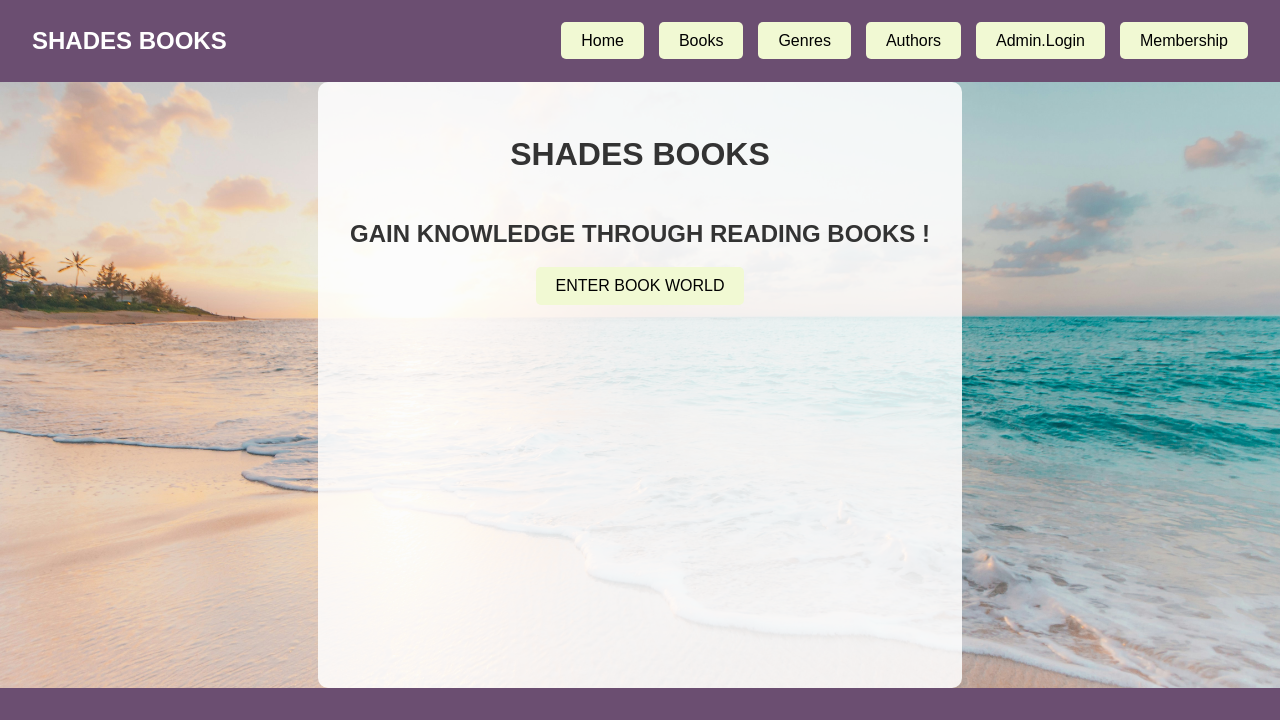
Repository: Harishsuresh-kumar/Library-Web
Page: WORK SITE/User.html
These files come from the project's save history. The page is drawn as it stood at one moment and after the next save; the edit follows.
The browser window is 1280 px wide. The pictures show the whole page.

Above is the page before, as saved 2024-11-07 14:08:46.

### WORK SITE/User.html
<!DOCTYPE html>
<html lang="en">
<head>
    <meta charset="UTF-8">
    <meta name="viewport" content="width=device-width, initial-scale=1.0">
    <title>Online Library Management System</title>
    <link rel="stylesheet" href="user.css">
</head>
<body>
    <div class="wrapper">
        <header>
            <div class="logo">
                <h2>SHADES BOOKS</h2>
            </div>
            <nav>
                <ul>
                    <li><a href="User.html" class="button">Home</a></li>
                    <li><a href="Book.html" class="button">Books</a></li>
                    <li><a href="genre.html" class="button">Genres</a></li>
                    <li><a href="Authors.html" class="button">Authors</a></li>
                    <li><a href="admin pass.html" class="button"> Admin.Login</a></li>
                    <li><a href="Membership.html" class="button">Membership </a></li>
                </ul>
            </nav>
        </header>

        <section class="feature-section">
            <div class="overlay">
                <h1>SHADES BOOKS</h1>

                <div class="carousel">
                    <div class="carousel-item">
                        <!-- Add carousel images here -->
                    </div>
                </div>
                <h2>GAIN KNOWLEDGE THROUGH READING BOOKS !</h2>
                <button type="button" onclick="book()">ENTER BOOK WORLD</button>
                <script>
                    function book(){
                        window.location.href="Book.html";
                    }
                </script>

            </div>
        </section>

        <footer>

        </footer>
    </div>
</body>
</html>

### WORK SITE/user.css
/* Basic styles for the body and html */
body, html {
    margin: 0;
    padding: 0;
    font-family: 'Arial', sans-serif;
    background-image: url('Admin\ image.jpg');
    color: #333;
    height: 100%;
    background-size: cover;
    background-repeat: no-repeat;
    background-position: center;
}

.wrapper {
    display: flex;
    flex-direction: column;
    min-height: 100vh;
}

header {
    background-color: #6B4E71; /* Soft Purple for the header */
    color: #fff;
    padding: 1rem 2rem;
    display: flex;
    align-items: center;
    justify-content: space-between;
}

.logo {
    display: flex;
    align-items: center;
}

.logo img {
    height: 50px;
    width: 50px;
    margin-right: 10px;
    border-radius: 50%;
}

header h2 {
    font-size: 24px;
    margin: 0;
}

nav ul {
    list-style: none;
    display: flex;
    gap: 15px;
}

nav ul li a {
    color: #fff;
    text-decoration: none;
    padding: 5px 10px;
    border-radius: 5px;
    transition: background 0.3s;
}

nav ul li a:hover {
    background-color: #967BB6; /* Light Purple on hover */
}

.feature-section {
    padding: 4rem 2rem;
    text-align: center;
    flex: 1;
    background: rgba(255, 255, 255, 0.85); /* Light overlay */
    border-radius: 10px;
    max-width: 800px;
    margin: 0 auto;
}

.carousel {
    display: flex;
    justify-content: center;
    gap: 15px;
    margin: 20px 0;
}

.carousel-item img {
    width: 150px;
    height: 200px;
    object-fit: cover;
    border-radius: 8px;
    box-shadow: 0 4px 8px rgba(0, 0, 0, 0.1);
}

button, .button {
    background-color: #f1f9d3; /* Soft Purple */
    color: #000;
    padding: 10px 20px;
    border: none;
    border-radius: 5px;
    font-size: 16px;
    cursor: pointer;
    transition: background 0.3s;
}

button:hover, .button:hover {
    background-color: #967BB6; /* Light Purple on hover */
}

footer {
    background-color: #6B4E71; /* Soft Purple */
    color: #fff;
    text-align: center;
    padding: 1rem;
}

footer ul {
    list-style: none;
    display: flex;
    gap: 15px;
    padding: 0;
    margin: 0;
    justify-content: center;
}

footer ul li a {
    color: #fff;
    text-decoration: none;
    transition: color 0.3s;
}

footer ul li a:hover {
    color: #D1C4E9; /* Light Lavender */
}

h1 {
    color: #333;
    font-size: 2rem;
    margin-top: -10px;
}

h5 {
    color: #6B4E71;
    font-size: 1.2rem;
    margin-top: 10px;
}

After the next save:
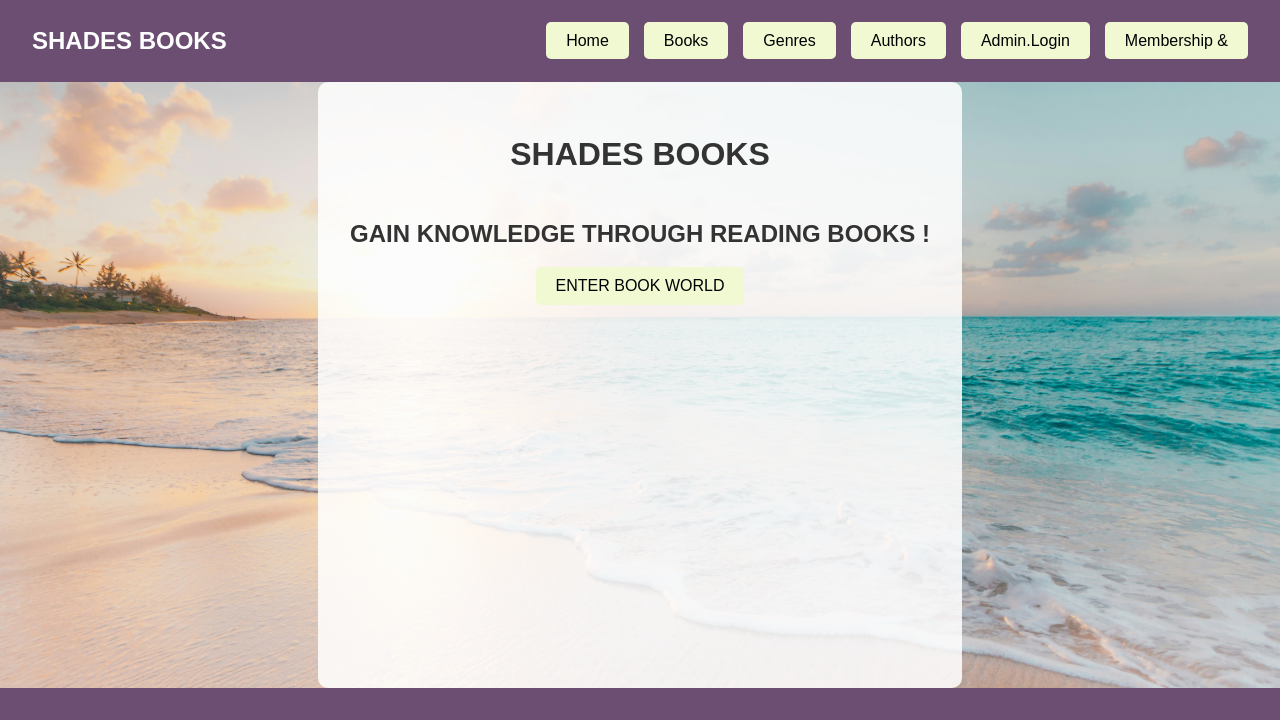
Saved 10 s later.
--- a/WORK SITE/User.html
+++ b/WORK SITE/User.html
@@ -19,7 +19,7 @@
                     <li><a href="genre.html" class="button">Genres</a></li>
                     <li><a href="Authors.html" class="button">Authors</a></li>
                     <li><a href="admin pass.html" class="button"> Admin.Login</a></li>
-                    <li><a href="Membership.html" class="button">Membership </a></li>
+                    <li><a href="Membership.html" class="button">Membership &</a></li>
                 </ul>
             </nav>
         </header>
